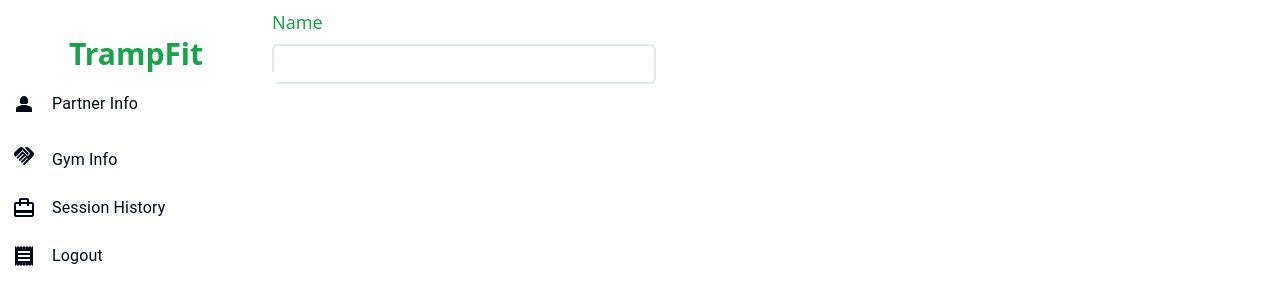
Repository: ezioxatul/TrampFit-Website
Page: /partner/partnerDashboard/gymInfo (app in Frontend/)
The author's editor kept a copy of each file at every save. The page is drawn from the files as they stood at one save, then again after the next save.
The browser window is 1280 px wide. The pictures show the whole page.
The project was rebuilt for these pictures with package versions that can differ from the ones it lists, and the page was loaded fresh each time. The framework's server and built-in components were replaced by stand-ins that run in the browser. Also part of the build but not shown: Frontend/next.config.js, Frontend/next.config.mjs, Frontend/components/Loader.js, Frontend/components/Popup.js.

Above is the page before, as saved 2024-05-16 18:25:20.

### Frontend/pages/_app.js
import Loader from "@/components/Loader";
import "@/styles/globals.css";
import { useRouter } from "next/router";
import { useEffect, useState } from "react";


const Loading = () => {

  return (
    <Loader/>
  );
}

export default function App({ Component, pageProps }) {

  const [loading, setLoading] = useState(false);
  const router = useRouter();

  useEffect(() => {
    const handleStart = () => setLoading(true);
    const handleComplete = () => setLoading(false);

    router.events.on('routeChangeStart', handleStart);
    router.events.on('routeChangeComplete', handleComplete);
    router.events.on('routeChangeError', handleComplete);

    return () => {
      router.events.off('routeChangeStart', handleStart);
      router.events.off('routeChangeComplete', handleComplete);
      router.events.off('routeChangeError', handleComplete);
    };
  }, []);

  return (
    <>
    <div className="h-2">
      {
        loading  &&
          <Loading />

      }
      </div>
          <Component {...pageProps} />

    </>
  );
}

### Frontend/pages/_document.js
import { Html, Head, Main, NextScript } from "next/document";

export default function Document() {
  return (
    <Html lang="en">
          <Head />
          <body>
            <Main />
            <NextScript />
          </body>
        </Html>
        );
}

### Frontend/pages/partner/partnerDashboard/gymInfo.js
import PartnerSideBar from "@/components/PartnerSideBar";
import { Input } from "@/components/ui/input";
import { Label } from "@/components/ui/label";

export default function gymInfo() {
    const inputClassName = "w-96 text-lg border-2";
    const labelClassName = "text-lg text-green-600 font-normal";
    const containerClassName = "ml-80";
  return (
    <>
      <div className="flex">
        <PartnerSideBar />
        <div>
        <div className="mr-32 space-y-2">
          <Label htmlFor="name" className={labelClassName}>
            Name
          </Label>
          <Input type="text" className={inputClassName} />
        </div>
      </div>
      </div>
    </>
  );
}

### Frontend/styles/globals.css
@tailwind base;
@tailwind components;
@tailwind utilities;


@layer base {
  :root {
    --background: 0 0% 100%;
    --foreground: 222.2 84% 4.9%;

    --card: 0 0% 100%;
    --card-foreground: 222.2 84% 4.9%;

    --popover: 0 0% 100%;
    --popover-foreground: 222.2 84% 4.9%;

    --primary: 222.2 47.4% 11.2%;
    --primary-foreground: 210 40% 98%;

    --secondary: 210 40% 96.1%;
    --secondary-foreground: 222.2 47.4% 11.2%;

    --muted: 210 40% 96.1%;
    --muted-foreground: 215.4 16.3% 46.9%;

    --accent: 210 40% 96.1%;
    --accent-foreground: 222.2 47.4% 11.2%;

    --destructive: 0 84.2% 60.2%;
    --destructive-foreground: 210 40% 98%;

    --border: 214.3 31.8% 91.4%;
    --input: 214.3 31.8% 91.4%;
    --ring: 222.2 84% 4.9%;

    --radius: 0.5rem;
  }

  .dark {
    --background: 222.2 84% 4.9%;
    --foreground: 210 40% 98%;

    --card: 222.2 84% 4.9%;
    --card-foreground: 210 40% 98%;

    --popover: 222.2 84% 4.9%;
    --popover-foreground: 210 40% 98%;

    --primary: 210 40% 98%;
    --primary-foreground: 222.2 47.4% 11.2%;

    --secondary: 217.2 32.6% 17.5%;
    --secondary-foreground: 210 40% 98%;

    --muted: 217.2 32.6% 17.5%;
    --muted-foreground: 215 20.2% 65.1%;

    --accent: 217.2 32.6% 17.5%;
    --accent-foreground: 210 40% 98%;

    --destructive: 0 62.8% 30.6%;
    --destructive-foreground: 210 40% 98%;

    --border: 217.2 32.6% 17.5%;
    --input: 217.2 32.6% 17.5%;
    --ring: 212.7 26.8% 83.9%;
  }
}

@layer base {
  * {
    @apply border-border;
  }
  body {
    @apply bg-background text-foreground;
  }
}


.outline_remove:focus{


}
.focus-visible\:ring-offset-2:focus-visible{
  border:none !important;
  outline: none !important;
  border-style: none;
}

### Frontend/components/PartnerSideBar.js
import List from '@mui/material/List';
import ListItemButton from '@mui/material/ListItemButton';
import ListItemText from '@mui/material/ListItemText';
import Person2Icon from '@mui/icons-material/Person2';
import HandshakeIcon from '@mui/icons-material/Handshake';
import CardTravelIcon from '@mui/icons-material/CardTravel';
import ReceiptIcon from '@mui/icons-material/Receipt';
import LogoutIcon from '@mui/icons-material/Logout';

import { useState } from 'react';
import Link from 'next/link';
import Popup from './Popup';
import { useRouter } from 'next/router';

export default function PartnerSideBar() {

    let SideBarHeading = ['Partner Info', 'Gym Info', 'Session History', 'Logout'];

    let router = useRouter();
    let [start, setStart] = useState(false);

    const logout = () => {
        setStart(!start);
    }


    const logoutEvent = () => {
        localStorage.removeItem('partnerToken');
        setStart(false);
        router.push('/partner/partnerLogin')
    }
    return (
        <>
            <div className=" w-72  m-[-8px] p-1  mb-10">
                <Link href="#"><h1 className=' text-green-600 text-3xl font-semibold text-center mt-8 cursor-pointer'>TrampFit</h1></Link>

                <List className='bg-white mt-8 ml-6 space-y-2'>
                    {
                        SideBarHeading.map((text, index) => {
                            return (
                                index === 1 ?
                                    <>

                                        <ListItemButton className=' space-x-4 flex justify-between hover:bg-green-100 hover:rounded-2xl hover:text-green-600'>
                                            <Link href="/partner/partnerDashboard/gymInfo" className='flex space-x-4 '>
                                                <HandshakeIcon className='text-2xl' />
                                                <ListItemText primary={text} />
                                            </Link>
                                        </ListItemButton>

                                    </> :
                                    index === 0 ?
                                        <Link href="/partner/partnerDashboard/partnerInfo">
                                            <ListItemButton className=' space-x-4 hover:bg-green-100 hover:rounded-2xl hover:text-green-600'>
                                                <Person2Icon className='text-2xl' />
                                                <ListItemText primary={text} />
                                            </ListItemButton>
                                        </Link> :
                                        index === 2 ?
                                            <Link href="#">
                                                <ListItemButton className=' space-x-4 hover:bg-green-100 hover:rounded-2xl hover:text-green-600'>
                                                    <CardTravelIcon className='text-2xl' />
                                                    <ListItemText primary={text} />
                                                </ListItemButton>
                                            </Link> :
                                            index === 3 ?
                                                <Link href="#">
                                                    <ListItemButton className=' space-x-4 hover:bg-green-100 hover:rounded-2xl hover:text-green-600'>
                                                        <ReceiptIcon className='text-2xl' />
                                                        <ListItemText primary={text} />
                                                    </ListItemButton>
                                                </Link> :
                                                <ListItemButton className=' space-x-4 hover:bg-green-100 hover:rounded-2xl hover:text-green-600' onClick={logout}>
                                                    <LogoutIcon className='text-2xl' />
                                                    <ListItemText primary={text} />
                                                    <Popup open={start} title={"Do you Really want to Logout?"} cancel="Cancel" logout="Logout" logoutEvent={logoutEvent} cancelEvent={logout} />
                                                </ListItemButton>
                            )
                        })
                    }
                </List>
            </div>
        </>
    );
}

### Frontend/tailwind.config.js
/** @type {import('tailwindcss').Config} */
module.exports = {
  darkMode: ["class"],
  content: [
    './pages/**/*.{js,jsx}',
    './components/**/*.{js,jsx}',
    './app/**/*.{js,jsx}',
    './src/**/*.{js,jsx}',
  ],
  prefix: "",
  theme: {
    container: {
      center: true,
      padding: "2rem",
      screens: {
        "2xl": "1400px",
      },
    },
    extend: {fontFamily: {
      play: ["Play", "sans-serif"],
    },
      colors: {
        border: "hsl(var(--border))",
        input: "hsl(var(--input))",
        ring: "hsl(var(--ring))",
        background: "hsl(var(--background))",
        foreground: "hsl(var(--foreground))",
        primary: {
          DEFAULT: "hsl(var(--primary))",
          foreground: "hsl(var(--primary-foreground))",
        },
        secondary: {
          DEFAULT: "hsl(var(--secondary))",
          foreground: "hsl(var(--secondary-foreground))",
        },
        destructive: {
          DEFAULT: "hsl(var(--destructive))",
          foreground: "hsl(var(--destructive-foreground))",
        },
        muted: {
          DEFAULT: "hsl(var(--muted))",
          foreground: "hsl(var(--muted-foreground))",
        },
        accent: {
          DEFAULT: "hsl(var(--accent))",
          foreground: "hsl(var(--accent-foreground))",
        },
        popover: {
          DEFAULT: "hsl(var(--popover))",
          foreground: "hsl(var(--popover-foreground))",
        },
        card: {
          DEFAULT: "hsl(var(--card))",
          foreground: "hsl(var(--card-foreground))",
        },
      },
      borderRadius: {
        lg: "var(--radius)",
        md: "calc(var(--radius) - 2px)",
        sm: "calc(var(--radius) - 4px)",
      },
      keyframes: {
        "accordion-down": {
          from: { height: "0" },
          to: { height: "var(--radix-accordion-content-height)" },
        },
        "accordion-up": {
          from: { height: "var(--radix-accordion-content-height)" },
          to: { height: "0" },
        },
      },
      animation: {
        "accordion-down": "accordion-down 0.2s ease-out",
        "accordion-up": "accordion-up 0.2s ease-out",
      },
    },
  },
  plugins: [require("tailwindcss-animate")],
}

Loaded but not shown: Frontend/components/ui/input.jsx (common file); Frontend/components/ui/label.jsx (common file); Frontend/lib/utils.js (common file)

After the next save:
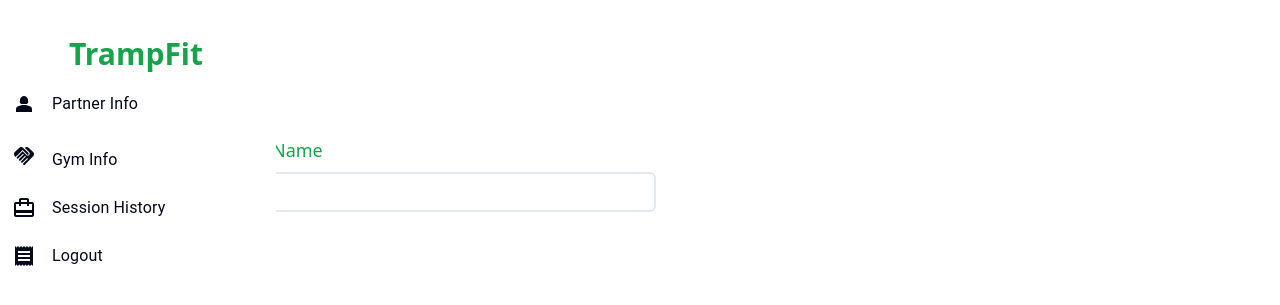
Saved 9 s later.
--- a/Frontend/pages/partner/partnerDashboard/gymInfo.js
+++ b/Frontend/pages/partner/partnerDashboard/gymInfo.js
@@ -10,7 +10,7 @@ export default function gymInfo() {
     <>
       <div className="flex">
         <PartnerSideBar />
-        <div>
+        <div className="mt-32">
         <div className="mr-32 space-y-2">
           <Label htmlFor="name" className={labelClassName}>
             Name
